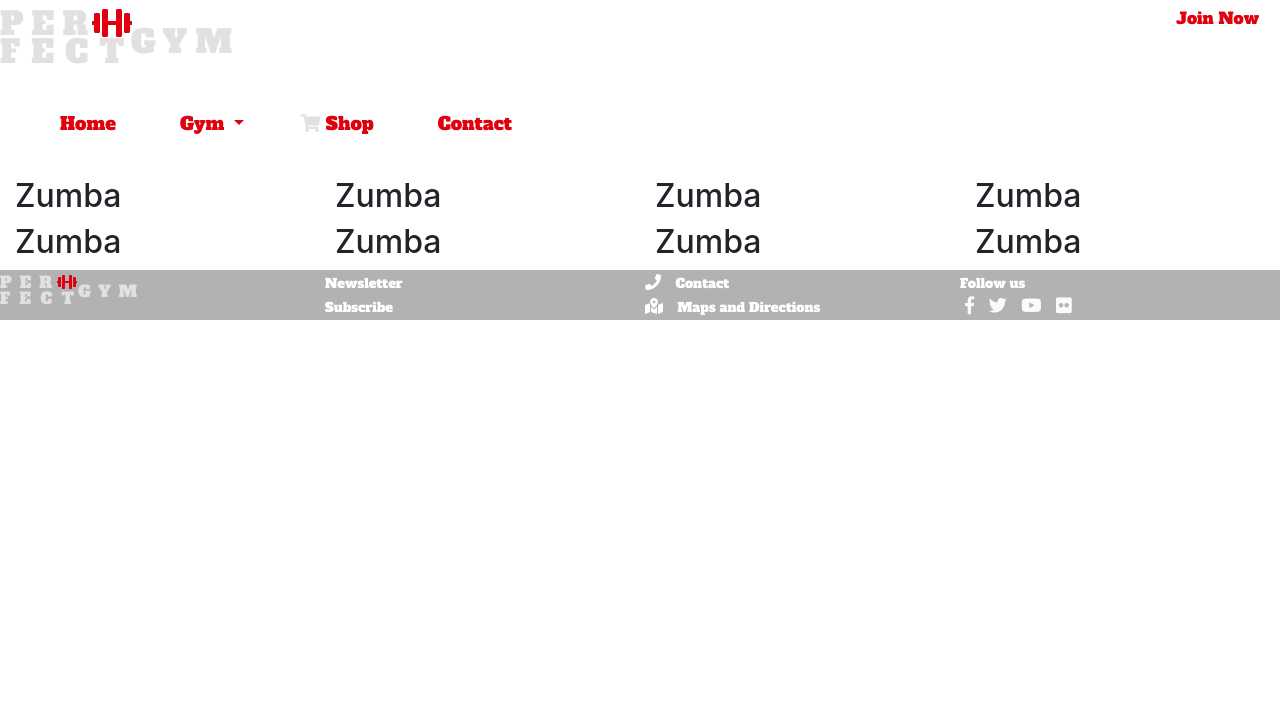
Repository: meghdadyazdi/UCFD-Milestone
Page: activities.html
The author's editor kept a record of every edit. The page is drawn from the files as they stood at one moment, then again after the next edit.
The browser window is 1280 px wide. The pictures show the whole page.
Some web libraries are served in a nearby version.

Above is the page before.

After the next edit:
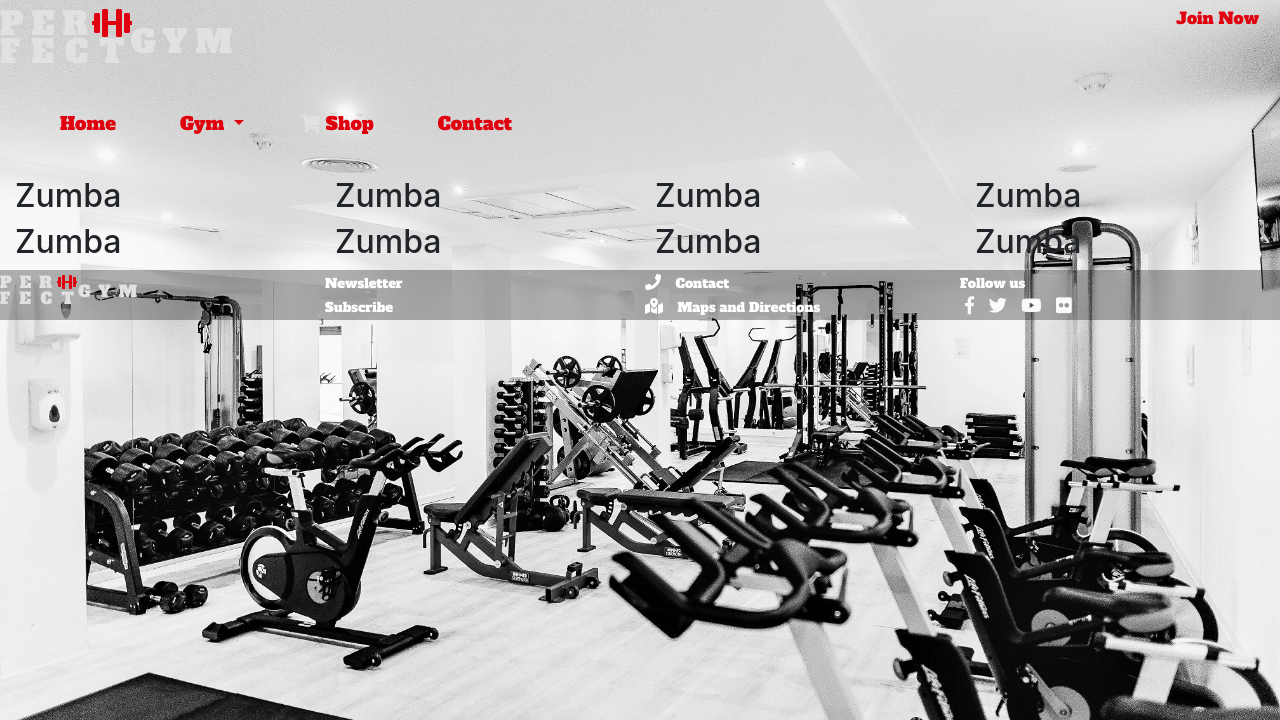
The edit:
--- a/style.css
+++ b/style.css
@@ -30,7 +30,7 @@
     background-size: cover;
 }
 
-.activitiess-body {
+.activities-body {
     /*height: 100vh;*/
     background-image: url("images/activities.jpg");
     background-position: center center;
